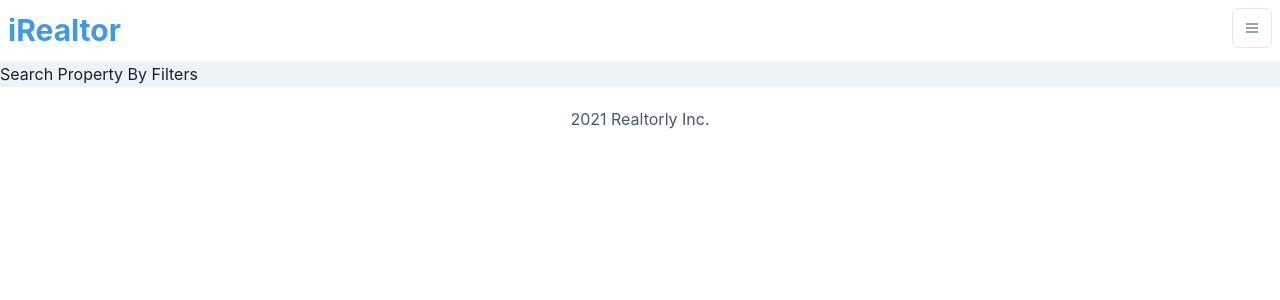
Repository: Morne-Dev/mj_realestate
Page: /search
An editor plug-in stored every save of this project. The page is shown before and after the next save, followed by the edit.
The browser window is 1280 px wide. The pictures show the whole page.
The project was rebuilt for these pictures with package versions that can differ from the ones it lists, and the page was loaded fresh each time. The framework's server and built-in components were replaced by stand-ins that run in the browser. Also part of the build but not shown: next.config.js.

Above is the page before, as saved 2022-03-07 16:28:21.

### pages/_app.js
import Router from 'next/router';
import Head from 'next/head';
import NProgress from 'nprogress'
import { ChakraProvider } from '@chakra-ui/react';

import Layout from '../components/Layout'

function MyApp({ Component, pageProps }) {
  return(
    <>
      <Head>

      </Head>
      <ChakraProvider>
        <Layout>
          <Component {...pageProps} />
        </Layout>
      </ChakraProvider>
    </>
  )
}

export default MyApp

### pages/search.js
import { useState } from 'react';
import { useRouter } from 'next/router';
import Image from 'next/image'
import { Flex, Box, Text, Icon } from '@chakra-ui/react';
import { BsFilter } from 'react-icons/bs';

const Search = () => {
    const [searchFilters, setSearchFilters] = useState(false);
    const router = useRouter();

    return (
        <Box>
            <Flex
                cursor="pointer"
                bg="gray.100"
            >
                <Text>Search Property By Filters</Text>
            </Flex>
        </Box>
    )
}

export default Search;

### components/Layout.jsx
import Head from 'next/head';
import { Box } from '@chakra-ui/react'

import Navbar from './Navbar';
import Footer from './Footer';

const Layout = ({ children }) => (
    <>
        <Head>
            <title>Real Estate</title>
        </Head>
        <Box maxWidth="1280px" m="auto">
            <header>
                <Navbar />
            </header>
            <main>
                {children}
            </main>
            <footer>
                <Footer />
            </footer>
        </Box>
    </>
);

export default Layout;

### components/Navbar.jsx
import Link from 'next/link';
import { Menu, MenuButton, MenuList, MenuItem, IconButton, Flex, Box, Spacer } from '@chakra-ui/react';
import { FcMenu, FcHome, FcAbout } from 'react-icons/fc';
import { BsSearch } from 'react-icons/bs';
import { FiKey } from 'react-icons/fi';

const Navbar = () => (
  <Flex p='2' borderBottom='1px' borderColor='gray.100'>
    <Box fontSize='3xl' color='blue.400' fontWeight='bold'>
      <Link href='/' paddingLeft='2'>iRealtor</Link>
    </Box>
    <Spacer />
    <Box>
      <Menu>
        <MenuButton as={IconButton} icon={<FcMenu />} variant='outline' color='red.400' />
        <MenuList>
          <Link href='/' passHref>
            <MenuItem icon={<FcHome />}>Home</MenuItem>
          </Link>
          <Link href='/search' passHref>
            <MenuItem icon={<BsSearch />}>Search</MenuItem>
          </Link>
          <Link href='/search?purpose=for-sale' passHref>
            <MenuItem icon={<FcAbout />}>Buy Property</MenuItem>
          </Link>
          <Link href='/search?purpose=for-rent' passHref>
            <MenuItem icon={<FiKey />}>Rent Property</MenuItem>
          </Link>
        </MenuList>
      </Menu>
    </Box>
  </Flex>
);

export default Navbar;

### components/Footer.jsx
import { Box } from '@chakra-ui/react';

const Footer = () => (
    <Box textAlign="center" p="5" color="gray.600" borderTop="1px" borderColor="gray.100">
        2021 Realtorly Inc.
    </Box>
)

export default Footer;

After the next save:
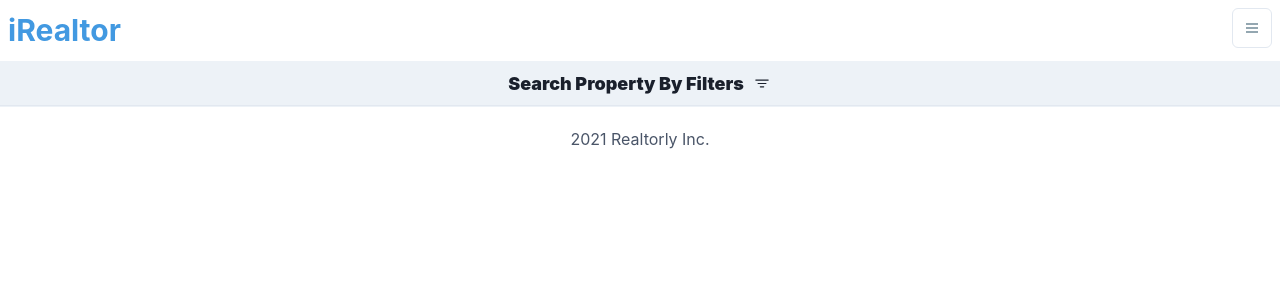
Saved 5 min 5 s later.
--- a/pages/search.js
+++ b/pages/search.js
@@ -13,8 +13,16 @@ const Search = () => {
             <Flex
                 cursor="pointer"
                 bg="gray.100"
+                borderBottom="1px"
+                borderColor="gray.200"
+                p="2"
+                fontWeight="black"
+                fontSize="lg"
+                justifyContent="center"
+                alignItems="center"
             >
                 <Text>Search Property By Filters</Text>
+                <Icon paddingLeft="2" w="7" as={BsFilter} />
             </Flex>
         </Box>
     )
